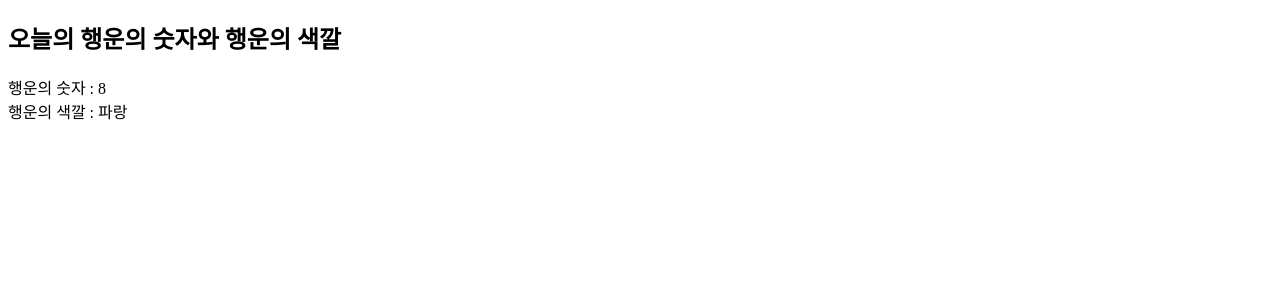
Repository: limbbbyoung/JSP_practice
Page: http://localhost/JSPbasic/jsptag/tag_quiz01.jsp
An editor plug-in stored every save of this project. The page is shown before and after the next save, followed by the edit.
The browser window is 1280 px wide. The pictures show the whole page.
The page is served by Tomcat 9.

Above is the page before, as saved 2022-03-23 09:14:26.

After the next save:
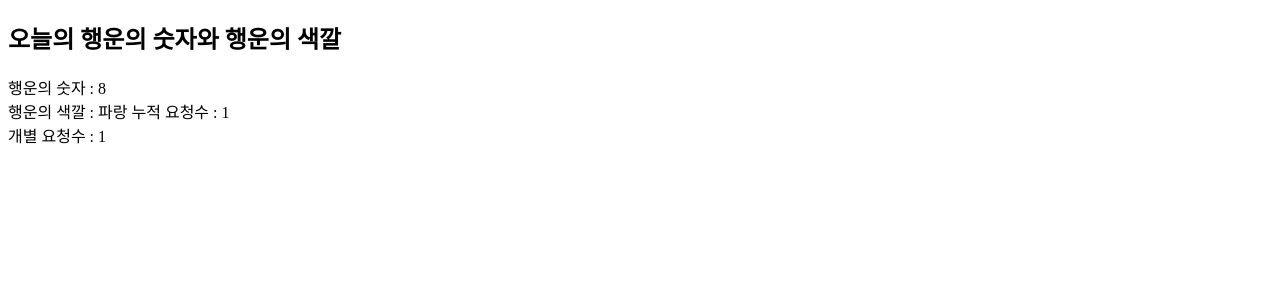
Saved 11 min 33 s later.
--- a/JSPbasic/src/main/webapp/jsptag/tag_quiz01.jsp
+++ b/JSPbasic/src/main/webapp/jsptag/tag_quiz01.jsp
@@ -30,9 +30,20 @@
     		  return blue;
     	  }
      }
+
+     // 선언부(Declaration)에 선언한 변수는 딱 한 번만 실행되는 static 속성을 가지게 됩니다.
+     int total = 0;
 %>
-<h2>오늘의 행운의 숫자와 행운의 색깔</h2>
-행운의 숫자 : <%= randomNumber() %> <br/>
-행운의 색깔 : <%= randomColor() %>
+<%
+     // 스크립트릿에 선언한 변수는 새로고침 할 때 마다 새롭게 선언됩니다.
+     int each = 0;
+     total++;
+     each++;
+%>
+		<h2>오늘의 행운의 숫자와 행운의 색깔</h2>
+		행운의 숫자 : <%= randomNumber() %> <br/>
+		행운의 색깔 : <%= randomColor() %>
+		누적 요청수 : <%= total %><br/>
+		개별 요청수 : <%= each %><br/>
 </body>
 </html>
